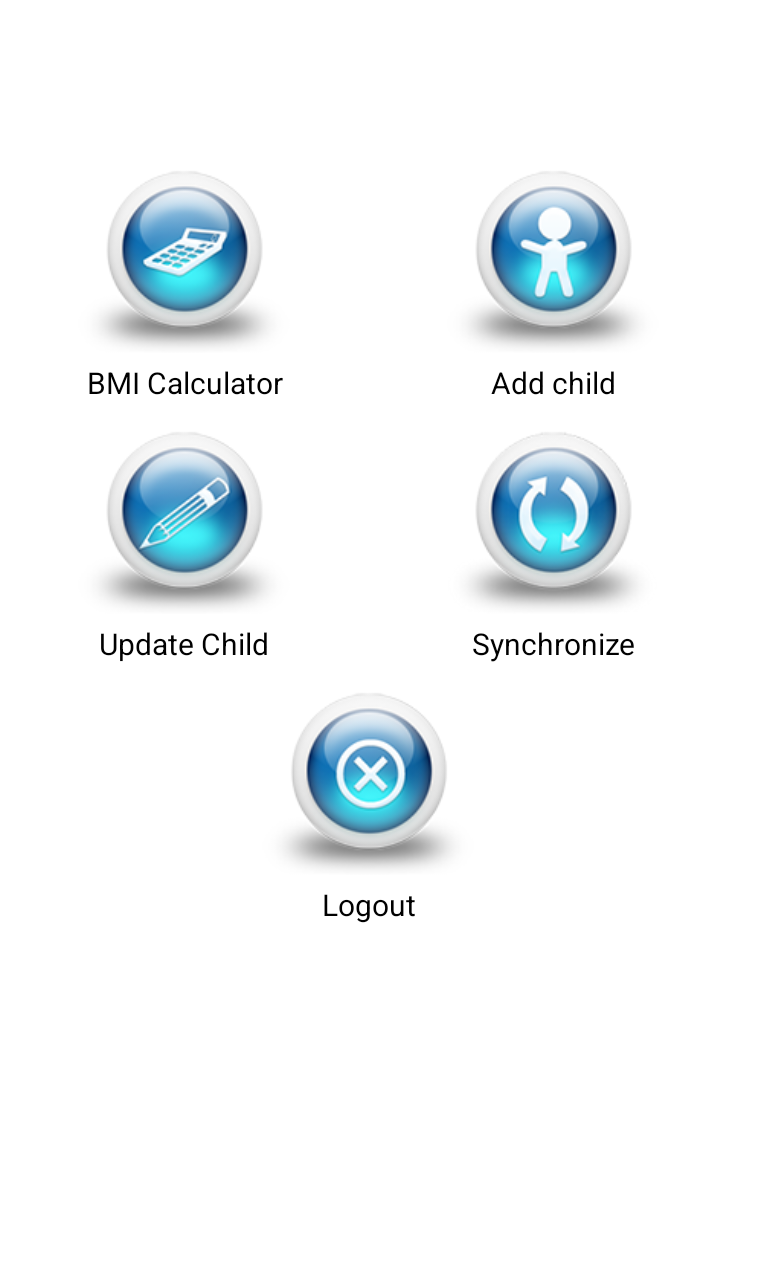
Repository: Team-7/prototype.6
Layout: workspace/Hope World Wide/res/layout/menu.xml
These files come from the project's save history. The layout is drawn as it stood at one moment and after the next save; the edit follows.
It is drawn on a 768 x 1280 px phone screen (xhdpi) without system bars, with theme CustomActionBarTheme; the app's code is not run.

Above is the layout before, as saved 2014-05-29 10:50:09.

### workspace/Hope World Wide/res/layout/menu.xml
<?xml version="1.0" encoding="utf-8"?>
<RelativeLayout xmlns:android="http://schemas.android.com/apk/res/android"
    android:layout_width="match_parent"
    android:layout_height="match_parent"
    android:background="#ffffff" >

 <TableLayout
     		 android:layout_width="match_parent"
             android:layout_height="wrap_content"
             android:id="@+id/tableLayout" android:background="#FFFFFF"
             android:stretchColumns="*" >

    <TableRow

    android:id="@+id/MyRow"
    android:layout_width="match_parent"
    android:layout_height="wrap_content"
    android:background="@android:color/transparent">

     <TextView
         android:id="@+id/textView1"
         android:layout_width="wrap_content"
         android:layout_height="wrap_content"
         android:layout_weight="0"
         android:textColor="#000000"
         android:textSize="15sp" />

</TableRow>

    <TableRow

    android:id="@+id/MyRow1"
    android:layout_width="match_parent"
    android:layout_height="wrap_content"
    android:background="@android:color/transparent">


     <TextView
        android:id="@+id/textView2"
        android:layout_width="wrap_content"
        android:layout_height="wrap_content"
        android:layout_weight="0"
        android:textColor="#000000"
        android:textSize="15sp" />

</TableRow>

    <TableRow

    android:id="@+id/My"
    android:layout_width="match_parent"
    android:layout_height="wrap_content"
    android:background="@android:color/transparent">


     <View
        android:id="@+id/View1"
        android:layout_width="match_parent"
        android:layout_height="30dp"
        android:layout_weight="0"
        android:textColor="#000000"
        android:textSize="15sp" />

</TableRow>

    <TableRow

    android:id="@+id/Row"
    android:layout_width="match_parent"
    android:layout_height="wrap_content"
    android:layout_weight="1"
    android:background="@android:color/transparent">

    <TableLayout
        android:id="@+id/table"
        android:layout_width="match_parent"
        android:layout_height="wrap_content"
        android:paddingRight="15dp"
        android:stretchColumns="*" >

    <TableRow

    android:id="@+id/newTagTableRow"
    android:layout_width="match_parent"
    android:layout_height="wrap_content"
    android:background="@android:color/transparent">

    <ImageButton
        android:id="@+id/calculatelogo"
        android:layout_width="wrap_content"
        android:layout_height="wrap_content"
        android:layout_weight="1"
        android:background="#FFFFFF"
        android:contentDescription="@string/calclogo"
        android:minHeight="110dp"
        android:minWidth="110dp"
        android:scaleType="fitCenter"
        android:src="@drawable/calculator"
        android:textColor="@android:color/black"
        android:textSize="20sp" />

    <ImageButton
        android:id="@+id/childLogo"
        android:layout_width="wrap_content"
        android:layout_height="wrap_content"
        android:layout_weight="1"
        android:background="#FFFFFF"
        android:contentDescription="@string/clogo"
        android:minHeight="110dp"
        android:minWidth="110dp"
        android:scaleType="fitCenter"
        android:src="@drawable/child"
        android:textColor="@android:color/black"
        android:textSize="20sp" />

</TableRow>

    <TableRow

    android:id="@+id/thisRow"
    android:layout_width="match_parent"
    android:layout_height="wrap_content"
    android:background="@android:color/transparent">

     <TextView
         android:id="@+id/calculatetext"
         android:layout_width="100dp"
         android:layout_height="wrap_content"
         android:layout_weight="1"
         android:gravity="center"
         android:text="@string/calc"
         android:textColor="#000000"
         android:textSize="15sp" />

     <TextView
         android:id="@+id/addtext"
         android:layout_width="100dp"
         android:layout_height="wrap_content"
         android:layout_weight="1"
         android:gravity="center"
         android:text="@string/addC"
         android:textColor="#000000"
         android:textSize="15sp" />

</TableRow>

    <TableRow

    android:id="@+id/Row2"
    android:layout_width="match_parent"
    android:layout_height="wrap_content"
    android:background="@android:color/transparent">

        <ImageButton
            android:id="@+id/updatelogo"
            android:layout_width="100dp"
            android:layout_height="wrap_content"
            android:layout_weight="1"
            android:background="#ffffff"
            android:contentDescription="@string/updatelogo"
            android:minHeight="110dp"
            android:minWidth="110dp"
            android:scaleType="fitCenter"
            android:src="@drawable/edit"
            android:textSize="20sp" />

  <ImageButton
      android:id="@+id/synclogo"
      android:layout_width="100dp"
      android:layout_height="wrap_content"
      android:layout_weight="1"
      android:background="#FFFFFF"
      android:contentDescription="@string/clogo"
      android:minHeight="110dp"
      android:minWidth="110dp"
      android:scaleType="fitCenter"
      android:src="@drawable/sync"
      android:textColor="@android:color/black"
      android:textSize="20sp" />

</TableRow>

    <TableRow

    android:id="@+id/Row3"
    android:layout_width="match_parent"
    android:layout_height="wrap_content"
    android:background="@android:color/transparent">


     <TextView
        android:id="@+id/updatetext"
        android:layout_width="100dp"
         android:layout_height="wrap_content"
         android:layout_weight="1"
         android:gravity="center"
        android:text="@string/updateC"
        android:textColor="#000000"
        android:textSize="15sp" />

     <TextView
        android:id="@+id/synctext"
        android:layout_width="100dp"
        android:layout_height="wrap_content"
        android:layout_weight="1"
        android:gravity="center"
        android:text="@string/sync"
        android:textColor="#000000"
        android:textSize="15sp" />

</TableRow>



 <TableRow

    android:id="@+id/Row4"
    android:layout_width="match_parent"
    android:layout_height="wrap_content"
    android:background="@android:color/transparent">

        <ImageButton
            android:id="@+id/logoutlogo"
            android:layout_width="100dp"
            android:layout_height="wrap_content"
            android:layout_weight="1"
            android:background="#ffffff"
            android:contentDescription="@string/logoutlogo"
            android:minHeight="110dp"
            android:minWidth="110dp"
            android:scaleType="fitCenter"
            android:src="@drawable/logout"
            android:textSize="20sp" />

</TableRow>

    <TableRow

    android:id="@+id/Row5"
    android:layout_width="match_parent"
    android:layout_height="wrap_content"
    android:background="@android:color/transparent">

        <TextView
        android:id="@+id/logouttext"
        android:layout_width="100dp"
        android:layout_height="wrap_content"
        android:layout_weight="1"
        android:gravity="center"
        android:text="@string/logout"
        android:textColor="#000000"
        android:textSize="15sp" />

</TableRow>

    		</TableLayout>
		</TableRow>

  </TableLayout>



</RelativeLayout>

### workspace/Hope World Wide/res/values/themes.xml
<?xml version="1.0" encoding="utf-8"?>
<resources xmlns:tools="http://schemas.android.com/tools">
    <!-- the theme applied to the application or activity -->
    <style name="CustomActionBarTheme"
        parent="@android:style/Theme.Holo.Light.DarkActionBar" tools:ignore="NewApi">
        <item name="android:actionBarStyle">@style/MyActionBar</item>
    </style>

    <!-- ActionBar styles -->
    <style name="MyActionBar"
        parent="@android:style/Widget.Holo.Light.ActionBar.Solid.Inverse" tools:ignore="NewApi">
        <item name="android:background">@drawable/actionbarbackground</item>
    </style>

</resources>

### workspace/Hope World Wide/res/drawable/actionbarbackground.xml
<?xml version="1.0" encoding="utf-8"?>
<shape xmlns:android="http://schemas.android.com/apk/res/android"
    android:shape="rectangle" >

    <stroke android:width="2dip" >
    </stroke>

    <solid android:color="#1B9AF7" >
    </solid>

</shape>

### workspace/Hope World Wide/res/values/strings.xml
<?xml version="1.0" encoding="utf-8"?>
<resources>

    <string name="app_name">HopeWorldWide</string>
    <string name="hello_world">Hello world!</string>
    <string name="action_settings">Settings</string>
    <string name="login"> Login</string>
    <string name="menu"> Home</string>
     <string name="myecd"> Search for ECD</string>
    <string name="username"> Username</string>
    <string name="password"> Password</string>

    <string name="name">Name: </string>
    <string name="height">Height: </string>
    <string name="heightValue">Enter Height</string> <!-- height hint -->
    <string name="weight">Weight: </string>
    <string name="weightHint">Enter Weight</string> <!-- weight hint -->
    <string name="mySearch">Search</string>
    <string name="logout">Logout</string>
    <string name="update">Update Child</string>
    <string name="bmiTitle">Child Information</string>
    <string name="save">Save</string>
    <string name="cancel">Cancel</string>


    <string name="age">Age: </string>
    <string name="calculate">Calculate</string>
    <string name="currentBMI">Current BMI: </string>
    <string name="previousBMI">Previous BMI: </string>
     <string name="AutoCompleteTextView"></string>

     <string name="cm">cm</string>
      <string name="kg">kg</string>
       <string name="hopeworldwide">     \t\t Hope \n         World Wide</string>

       <string name="Login">Login</string> <!-- text in the login button -->
       <string name="login2">Login</string><!-- name of the login page  -->
       <string name="bmi">BMI Calculator</string> <!-- name of the page that calculate bmi -->

       <string name="landing">Hope World Wide</string>

       <!-- landing page buttons -->
        <string name="lButton1">BMI Calculator</string>
        <string name="lButton2">Add Child</string>
        <string name="lButton3">Synchronize Data</string>

        <string name="search">Enter Name</string>
        <string name="ecd">Enter ECD Name</string>
        <string name="ecd1">Search for ECD</string>
         <string name="autocompete">Auto complete</string>

         <string name="sync">Synchronize</string>

         <string name="updateC">Update Child</string>
         <string name="calc">BMI Calculator</string>
         <string name="addC">Add child</string>

         <string name="clogo">child logo</string>
         <string name="synclogo">sync logo</string>
         <string name="calclogo">calc logo</string>
         <string name="addlogo">add logo</string>
         <string name="logoutlogo">logout logo</string>
         <string name="updatelogo">update logo</string>


</resources>

### workspace/Hope World Wide/res/values/styles.xml
<resources>

    <!--
        Base application theme, dependent on API level. This theme is replaced
        by AppBaseTheme from res/values-vXX/styles.xml on newer devices.
    -->


    <!-- Application theme. -->
    <style name="AppTheme" parent="Theme.AppCompat">
        <!-- All customizations that are NOT specific to a particular API-level can go here. -->
    </style>

    <style name="Text"> </style>
    <style name="Text.Strong">
           <item name="@android:textSize">32sp</item>
           <item name="@android:paddingLeft">4dp</item>
           <item name="@android:paddingBottom">4dp</item>
           <item name="@android:textColor">#FFFFFFFF</item>
           <item name="@android:textStyle">bold</item>
     </style>

     <style name="Text.Strong.Blurry">
           <item name="@android:shadowColor">#BBBBBB</item>
           <item name="@android:shadowDx">1</item>
           <item name="@android:shadowDy">1</item>
           <item name="@android:shadowRadius">10</item>
     </style>

</resources>

After the next save:
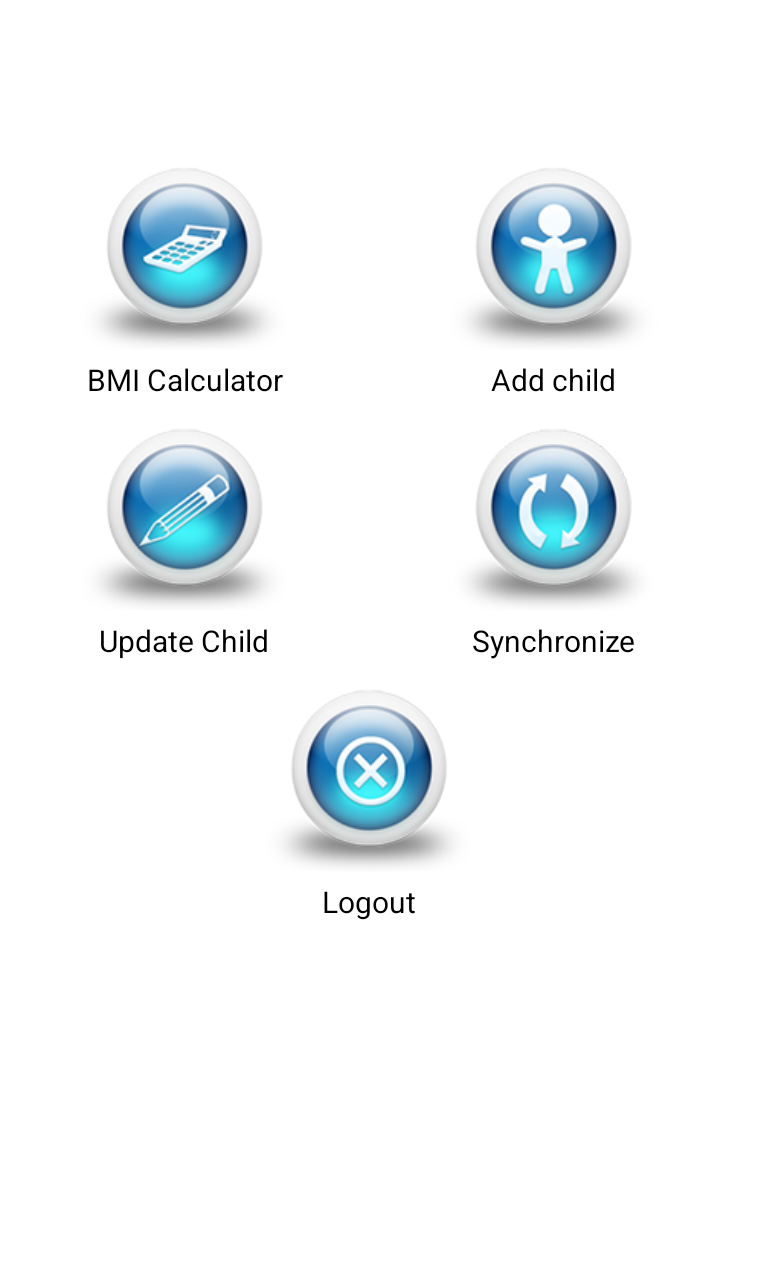
Saved 111 s later.
--- a/workspace/Hope World Wide/res/layout/menu.xml
+++ b/workspace/Hope World Wide/res/layout/menu.xml
@@ -23,7 +23,7 @@
          android:layout_height="wrap_content"
          android:layout_weight="0"
          android:textColor="#000000"
-         android:textSize="15sp" />
+        style="@style/Text.Strong.Blurry"/>
 
 </TableRow>
 

After the save that followed:
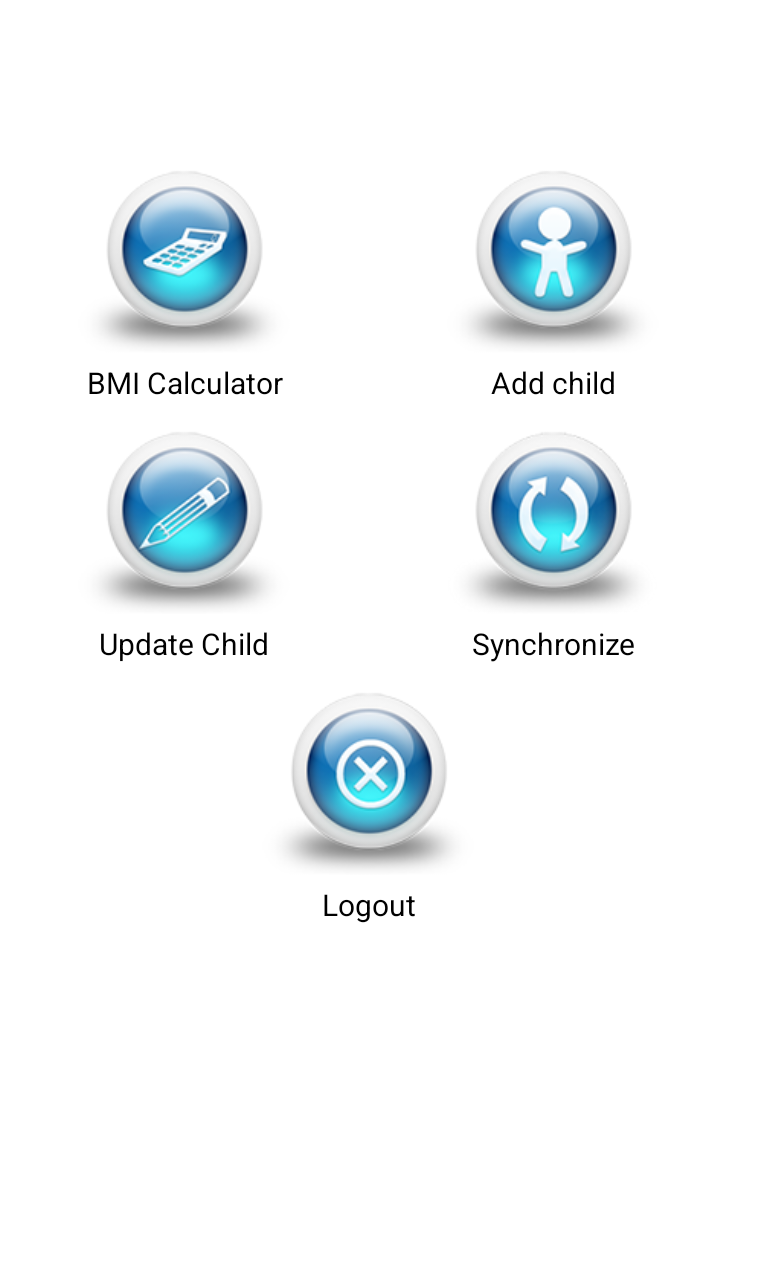
Saved 54 s later.
--- a/workspace/Hope World Wide/res/layout/menu.xml
+++ b/workspace/Hope World Wide/res/layout/menu.xml
@@ -23,7 +23,8 @@
          android:layout_height="wrap_content"
          android:layout_weight="0"
          android:textColor="#000000"
-        style="@style/Text.Strong.Blurry"/>
+         android:textSize="15sp"
+         style="@style/Text.Strong.Blurry"/>
 
 </TableRow>
 
